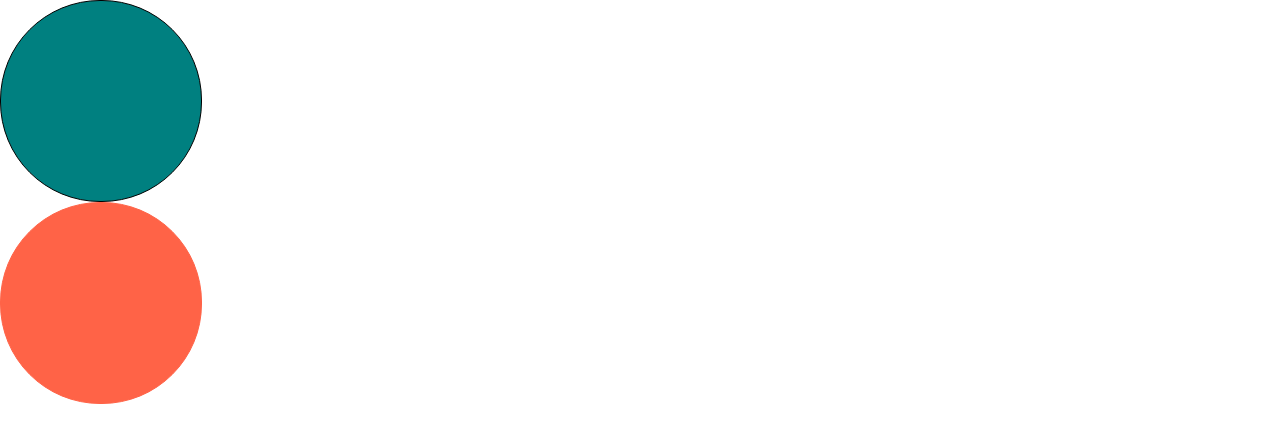
Repository: SeungYn/react-nomad
Page: / (app in styled-components/)
These files come from the project's save history. The page is drawn as it stood at one moment and after the next save; the edit follows.
The browser window is 1280 px wide. The pictures show the whole page.
The project was rebuilt for these pictures with package versions that can differ from the ones it lists, and the page was loaded fresh each time.

Above is the page before, as saved 2023-01-02 20:54:12.

### styled-components/src/index.tsx
import React from 'react';
import ReactDOM from 'react-dom/client';
import './index.css';
import App from './App';
import { ThemeProvider, withTheme } from 'styled-components';
const root = ReactDOM.createRoot(
  document.getElementById('root') as HTMLElement
);

root.render(
  <React.StrictMode>
    <App />
  </React.StrictMode>
);

### styled-components/src/App.tsx
import styled, { keyframes } from 'styled-components';
import Circle from './Circle';

function App() {
  return (
    <div>
      <Circle borderColor={'black'} bgColor={'teal'} />
      <Circle bgColor={'tomato'} />
    </div>
  );
}

export default App;

### styled-components/src/Circle.tsx
import styled from 'styled-components';

const Container = styled.div<CircleProp>`
  width: 200px;
  height: 200px;
  background-color: ${(props) => props.bgColor};
  border-radius: 100px;
  border: 1px solid ${(props) => props.borderColor};
`;

interface CircleProp {
  bgColor: string;
  borderColor?: string;
  text?: string;
}

function Circle({ bgColor, borderColor, text }: CircleProp) {
  return (
    <Container bgColor={bgColor} borderColor={borderColor ?? bgColor}>
      {text}
    </Container>
  );
}

export default Circle;

Loaded but not shown: styled-components/public/index.html (common file); styled-components/src/index.css (common file)

After the next save:
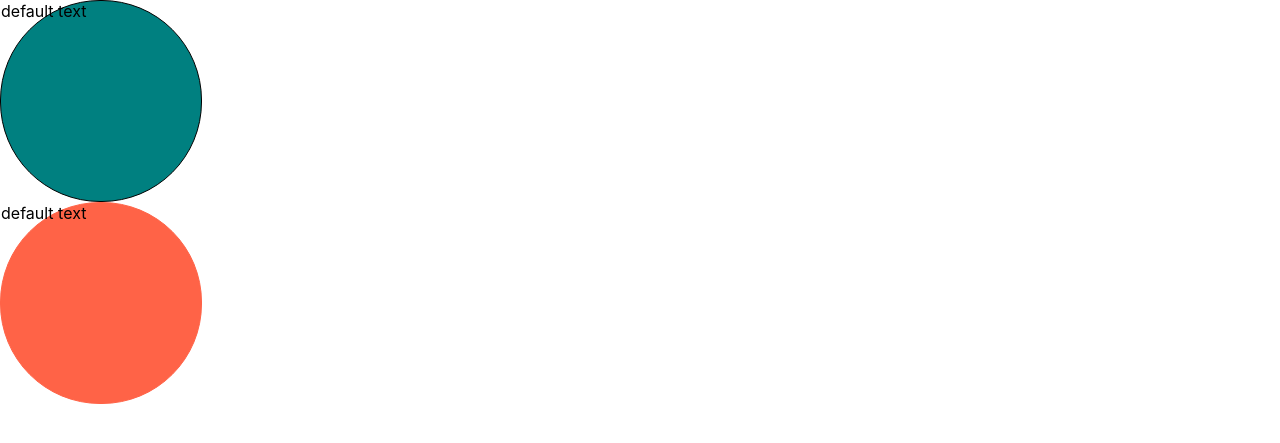
Saved 15 s later.
--- a/styled-components/src/Circle.tsx
+++ b/styled-components/src/Circle.tsx
@@ -14,7 +14,7 @@
   text?: string;
 }
 
-function Circle({ bgColor, borderColor, text }: CircleProp) {
+function Circle({ bgColor, borderColor, text = 'default text' }: CircleProp) {
   return (
     <Container bgColor={bgColor} borderColor={borderColor ?? bgColor}>
       {text}
